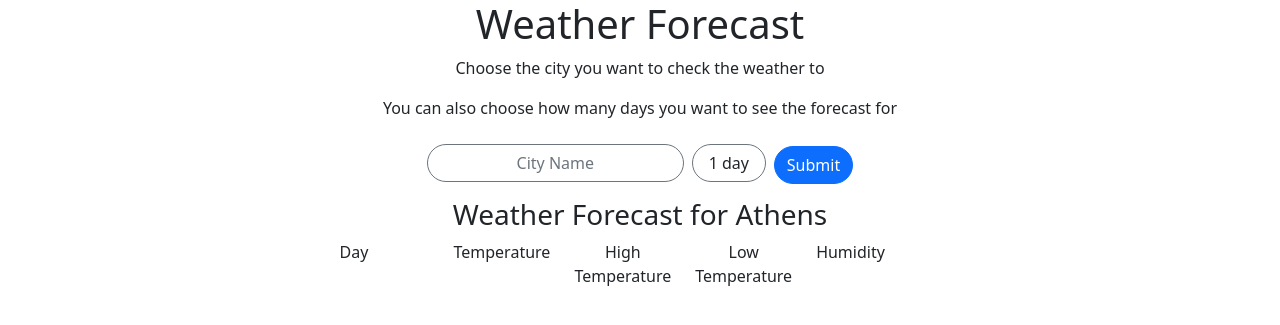
Repository: DimitrisDoxopoulos/my-own-weather-app
Page: /
An editor plug-in stored every save of this project. The page is shown before and after the next save, followed by the edit.
The browser window is 1280 px wide. The pictures show the whole page.
The project was rebuilt for these pictures with package versions that can differ from the ones it lists, and the page was loaded fresh each time.

Above is the page before, as saved 2021-06-03 19:04:45.

### src/App.js
import './App.css';

/*--------------- Importing Components ------------------- */
import Wrapper from './components/Wrapper'
import Header from './components/Header'
import Tagline from './components/Tagline'
import Form from './components/Form'
import WeatherForecast from './components/WeatherForecast';
/*--------------- Importing Components ------------------- */

function App() {
  return (
    <div className="App">
      <Wrapper>
        <Header />
        <Tagline />
        <Form />
        <WeatherForecast />
      </Wrapper>
    </div>
  );
}

export default App;

### src/App.css
.App {
  /* text-align: center; */
}

.App-logo {
  height: 40vmin;
  pointer-events: none;
}

.App-header {
  background-color: #282c34;
  min-height: 100vh;
  display: flex;
  flex-direction: column;
  align-items: center;
  justify-content: center;
  font-size: calc(10px + 2vmin);
  color: white;
}

.App-link {
  color: #61dafb;
}

### src/components/Wrapper.js
import React from 'react';

const Wrapper = (props) => {
    return(
    <div className='container d-flex flex-column justify-content-center align-items-center'>
        { props.children }
    </div>
    )
}

export default Wrapper;

### src/components/Header.js
import React from 'react'

const Header = () => {
    return (
        <div className="">
            <h1 className="">Weather Forecast</h1>
        </div>
    )
}

export default Header

### src/components/Tagline.js
import React from 'react'

const Tagline = () => {
    return (
        <div className="text-center">
            <p>Choose the city you want to check the weather to</p>
            <p>You can also choose how many days you want to see the forecast for</p>
        </div>
    )
}

export default Tagline

### src/components/Form.js
import React from 'react'

const Form = () => {
    return (
        <div>
            <form className="d-flex align-items-center">
                <div className="form-group">
                    <input type="text" className="form-control border-secondary rounded-pill text-center" id="exampleFormControlInput1" placeholder="City Name" />
                </div>
                <div className="form-group d-flex p-2">
                    <select className="form-control border-secondary rounded-pill text-center" id="exampleFormControlSelect1" placeholder="How many days?">
                        <option value="1">1 day</option>
                        <option value="2">2 days</option>
                        <option value="3">3 days</option>
                        <option value="4">4 days</option>
                        <option value="5">5 days</option>
                    </select>
                </div>
                <input className="btn btn-primary mt-1 rounded-pill" type="submit" value="Submit" />
            </form>
        </div>
    )
}

export default Form

### src/components/WeatherForecast.js
import React from 'react'

const WeatherForecast = () => {
    return (
        <div className="text-center p-2">
            <h3 className="h-3">Weather Forecast for Athens</h3>
            <div className="container">
                <div className="row">
                    <div className="col-sm">
                        <p>Day</p>
                    </div>
                    <div className="col-sm">
                        <image src="" alt='weather icon' />
                    </div>
                    <div className="col-sm">
                        <p>Temperature</p>
                    </div>
                    <div className="col-sm">
                        <p>High Temperature</p>
                    </div>
                    <div className="col-sm">
                        <p>Low Temperature</p>
                    </div>
                    <div className="col-sm">
                        <p>Humidity</p>
                    </div>
                    <div className="col-sm">
                        <p></p>
                    </div>
                </div>
            </div>

        </div>
    )
}

export default WeatherForecast

Loaded but not shown: public/index.html (common file); src/index.js (common file); src/index.css (common file); src/reportWebVitals.js (common file)

After the next save:
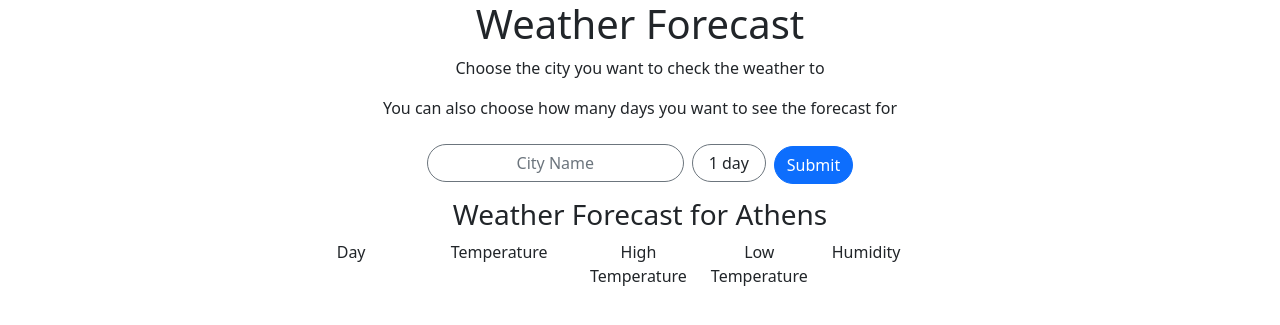
Saved 16 s later.
--- a/src/components/WeatherForecast.js
+++ b/src/components/WeatherForecast.js
@@ -12,7 +12,7 @@ const WeatherForecast = () => {
                     <div className="col-sm">
                         <image src="" alt='weather icon' />
                     </div>
-                    <div className="col-sm">
+                    <div className="col-sm-3">
                         <p>Temperature</p>
                     </div>
                     <div className="col-sm">
